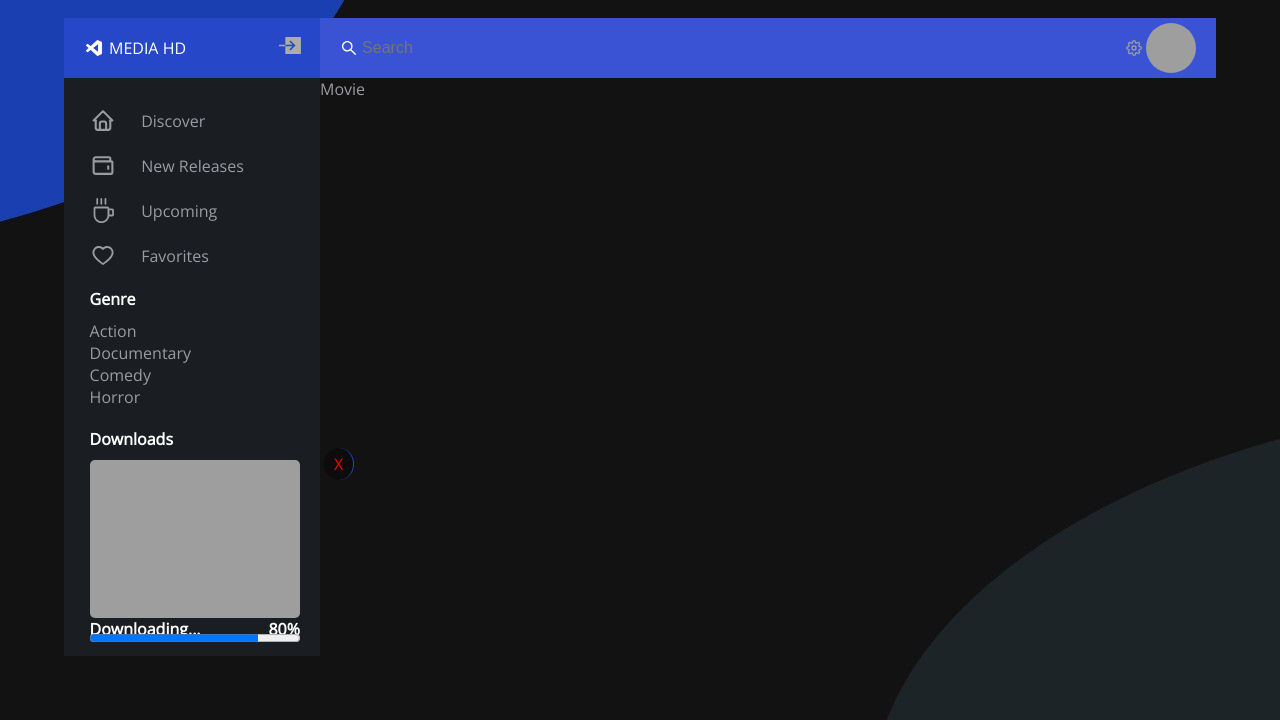
Repository: DevLaukey/movie-task
Page: /
The author's editor kept a copy of each file at every save. The page is drawn from the files as they stood at one save, then again after the next save.
The browser window is 1280 px wide. The pictures show the whole page.
Pictures or frames that could not be fetched are drawn as grey boxes. The page's requests for data from a server got no answer. The project was rebuilt for these pictures with package versions that can differ from the ones it lists, and the page was loaded fresh each time. No one was signed in, and anything a server would have sent is missing. Also part of the build but not shown: src/components/Body/Movies.css.

Above is the page before, as saved 2022-06-15 21:18:22.

### src/App.js
import "./App.css"
import Body from "./components/Body/Body";
import Sidebar from "./components/Sidebar/Sidebar";
import axios from "axios";
import { useEffect, useState } from "react";

function App() {
  const [movies, setMovies] = useState([]);
  const url = "https://api.themoviedb.org/3/";
  const api = axios.create({ baseURL: url });

  const movieDetails = api.get(`/discover/movie?api_key=${process.env.REACT_APP_MOVIEDB_API}`, {
    params: process.env.MOVIEDB_API,
  });

  useEffect(() => {
    movieDetails.then((res) => {
      console.log(res.data.results);
    });
  }, [movies])
  return (
    <main className="App">
      <div className="App__container">
        <Sidebar />
        <Body />
      </div>
    </main>
  );
}

export default App;

### src/index.css
*{
    padding: 0;
    margin: 0;
    box-sizing: border-box;

}
body{    background-color: #000;
}

### src/features/counter/counterSlice.js
import { createAsyncThunk, createSlice } from '@reduxjs/toolkit';
import { fetchCount } from './counterAPI';

const initialState = {
  value: 0,
  movies: 'idle',
};

// The function below is called a thunk and allows us to perform async logic. It
// can be dispatched like a regular action: `dispatch(incrementAsync(10))`. This
// will call the thunk with the `dispatch` function as the first argument. Async
// code can then be executed and other actions can be dispatched. Thunks are
// typically used to make async requests.
export const incrementAsync = createAsyncThunk(
  'counter/fetchCount',
  async (amount) => {
    const response = await fetchCount(amount);
    // The value we return becomes the `fulfilled` action payload
    return response.data;
  }
);

export const counterSlice = createSlice({
  name: 'counter',
  initialState,
  // The `reducers` field lets us define reducers and generate associated actions
  reducers: {
    increment: (state) => {
      // Redux Toolkit allows us to write "mutating" logic in reducers. It
      // doesn't actually mutate the state because it uses the Immer library,
      // which detects changes to a "draft state" and produces a brand new
      // immutable state based off those changes
      state.value += 1;
    },
    decrement: (state) => {
      state.value -= 1;
    },
    // Use the PayloadAction type to declare the contents of `action.payload`
    incrementByAmount: (state, action) => {
      state.value += action.payload;
    },
  },
  // The `extraReducers` field lets the slice handle actions defined elsewhere,
  // including actions generated by createAsyncThunk or in other slices.
  extraReducers: (builder) => {
    builder
      .addCase(incrementAsync.pending, (state) => {
        state.status = 'loading';
      })
      .addCase(incrementAsync.fulfilled, (state, action) => {
        state.status = 'idle';
        state.value += action.payload;
      });
  },
});

export const { increment, decrement, incrementByAmount } = counterSlice.actions;

// The function below is called a selector and allows us to select a value from
// the state. Selectors can also be defined inline where they're used instead of
// in the slice file. For example: `useSelector((state: RootState) => state.counter.value)`
export const selectCount = (state) => state.counter.value;

// We can also write thunks by hand, which may contain both sync and async logic.
// Here's an example of conditionally dispatching actions based on current state.
export const incrementIfOdd = (amount) => (dispatch, getState) => {
  const currentValue = selectCount(getState());
  if (currentValue % 2 === 1) {
    dispatch(incrementByAmount(amount));
  }
};

export default counterSlice.reducer;

### src/App.css
@import url('https://fonts.googleapis.com/css2?family=Open+Sans&display=swap');
.App{
    background-image: url(../public/back.jpg);
    width: 100vw;
    height: 100vh;
    background-size: cover;
    background-repeat: no-repeat;
    font-family: 'Open Sans', sans-serif;
    color: rgba(154,156,161,255);
}
.App__container{
    position: absolute;
    display: flex;
    justify-content: center;
    width: 100%;
}

### src/components/Body/Body.js
import React from "react";
import "./Body.css";
import Movies from "./Movies";
import Nav from "./Nav/Nav";
function Body() {
  return (
    <div className="body">
      <Nav />
      <Movies />
    </div>
  );
}

export default Body;

### src/components/Sidebar/Sidebar.js
import React from "react";
import "./Sidebar.css";
import { IoEnterSharp } from "react-icons/io5";
import { SiVisualstudiocode } from "react-icons/si";

import Links from "./Links";


function Sidebar() {
  return (
    <div className="sidebar">
      <div className="sidebar__top">
        <div className="sidebar__left">
          <SiVisualstudiocode className="sidebar__logo" />
          <p className="sidebar__text">MEDIA HD</p>
        </div>
        <div className="sidebar__right">
          <IoEnterSharp
            style={{ color: "#acacac", height: "25", width: "30" }}
          />
        </div>
      </div>
      <div className="sidebar__bottom">
        <Links />
        <section className="sidebar__genre">
          <p className="sidebar__genre-bold-text">Genre</p>
          <p className="sidebar__genre-text">Action</p>
          <p className="sidebar__genre-text">Documentary</p>
          <p className="sidebar__genre-text">Comedy</p>
          <p className="sidebar__genre-text">Horror</p>
        </section>
        <section className="sidebar__downloads">
          <p className="sidebar__genre-bold-text">Downloads</p>
          <img
            className="sidebar__download-img"
            src="https://image.tmdb.org/t/p/original/zGLHX92Gk96O1DJvLil7ObJTbaL.jpg"
            alt="download"
          />
          <div className="sidebar__downloads-circle">
            <p className="sidebar__downloads-cancel">X</p>
          </div>
          <div className="sidebar__downloads-text">
            <p className="sidebar__genre-bold-text">Downloading...</p>
            <p className="sidebar__genre-bold-text"> 80%</p>
          </div>

          <progress className="sidebar__downloads-progress" max="100" value="80"></progress>
        </section>
      </div>
    </div>
  );
}

export default Sidebar;

### src/components/Body/Body.css
.body{
    display: flex;
    flex-direction: column;
    top: -20px;
    width: 70%;
}

### src/components/Body/Movies.js
import React from 'react'
import Movie from './Movie'
import "./Movies.css"
function Movies() {
  return (
      <div>
          <Movie />
    </div>
  )
}

export default Movies

### src/components/Body/Nav/Nav.js
import React from 'react'
import "./Nav.css"
import { AiOutlineSearch} from "react-icons/ai";
import { FiSettings } from "react-icons/fi";

function Nav() {
  return (
    <div className="nav">
      <div className="nav__search">
        <AiOutlineSearch style={{ color: "white", fontSize: "20" }} />
        <input
          className="nav__search__input"
          type="text"
          placeholder="Search"
        />
      </div>
      <div className="nav__icons">
        <FiSettings />
        <img
          src={`https://dt2sdf0db8zob.cloudfront.net/wp-content/uploads/2019/12/9-Best-Online-Avatars-and-How-to-Make-Your-Own-for-Free-image1-5.png`}
          alt=""
          className="nav__avatar"
        />
      </div>
    </div>
  );
}

export default Nav

### src/components/Sidebar/Sidebar.css
.sidebar {
  display: flex;
  flex-direction: column;
  margin-top: 18px;
  width: 20%;
  align-items: center;
  background-color: rgba(26, 29, 34, 255);
}
.sidebar__top {
  display: flex;
  width: 100%;
  justify-content: space-between;
  align-items: center;
  padding: 15px;
  background-color: #2647c8;
}
.sidebar__left {
  color: #fff;
  display: flex;
  align-items: center;
}
.sidebar__logo {
  width: 30px;
}
.sidebar__bottom {
  width: 100%;
}

.sidebar__group {
  width: 100%;
  margin-top: 20px;
  display: flex;

  flex-direction: column;
}
.sidebar__option {
  display: flex;
  align-items: center;
  padding: 10px 20px 10px 0;
}
.sidebar__option > * {
  margin-left: 10%;
}
.sidebar__option:hover {
  background-color: #0c0c0c;
  color: rgba(25, 64, 181, 255);
  border-left: 1px solid #2647c8;
}
.sidebar__genre {
  display: flex;
  flex-direction: column;
  padding: 10px 20px 10px 0;
  margin-left: 10%;
}
.sidebar__genre-bold-text {
  font-weight: bold;
  color: #fff;
  font-size: 1em;
  margin-bottom: 10px;
}

.sidebar__downloads {
  display: flex;
  flex-direction: column;
  padding: 10px 20px 10px 0;
  margin-left: 10%;
}
.sidebar__downloads-circle {
  padding: 5px 10px 5px 10px;
  background-color: #0c0c0c;
  width: fit-content;
  align-items: center;
  border-radius: 50%;
  position: absolute;
  left: 45vh;
  border-right: #2647c8 1px solid;
  margin-top: 20px;
}
.sidebar__downloads-cancel {
  color: red;
}
.sidebar__download-img {
border-radius: 5px;
}

.sidebar__downloads-text{
  display: flex;
  width: 100%;
  justify-content: space-between;
}
.sidebar__downloads-progress{
  display: flex;
  width: 100%;
  justify-content: space-between;
  color: black;
  margin-top: -20px;
}

### src/components/Sidebar/Links.js
import React from 'react'
import { TbHome } from "react-icons/tb";
import { BiWallet } from "react-icons/bi";
import { AiOutlineHeart, AiOutlineCoffee } from "react-icons/ai";


function Links() {
  return (
    <nav className="sidebar__group">
      <div className="sidebar__option">
        <TbHome style={{ height: "25", width: "30" }} />
        <p className="sidebar__option-text">Discover</p>
      </div>
      <div className="sidebar__option">
        <BiWallet style={{ height: "25", width: "30" }} />
        <p className="sidebar__option-text">New Releases</p>
      </div>
      <div className="sidebar__option">
        <AiOutlineCoffee style={{ height: "25", width: "30" }} />
        <p className="sidebar__option-text">Upcoming</p>
      </div>
      <div className="sidebar__option">
        <AiOutlineHeart style={{ height: "25", width: "30" }} />

        <p className="sidebar__option-text">Favorites</p>
      </div>
    </nav>
  );
}

export default Links

### src/components/Body/Movie.js
import React from 'react'
import "./Movies.css"
function Movie() {
  return (
    <div>Movie</div>
  )
}

export default Movie

### src/components/Body/Nav/Nav.css
.nav {
  width: 100%;
  display: flex;
  justify-content: space-between;
  margin-top: 18px;
  align-items: center;
  padding: 5px 20px;
  background-color: #3a53d4;
}
.nav__search {
  display: flex;
  align-items: center;
}
.nav__search__input {
  width: 100%;
  border: none;
  background-color: #3a53d4;
  color: #fff;
  margin-left: 4px;
  font-size: 1em;
}

.nav__search__input:focus {
  outline: none;
}
.nav__icons{
    display: flex;
    align-items: center;
}
.nav__avatar{
    margin-left: 4px;
  vertical-align: middle;
  width: 50px;
  height: 50px;
  border-radius: 50%
}

Loaded but not shown: public/index.html (common file); src/index.js (common file); src/app/store.js (common file); src/reportWebVitals.js (common file); src/features/counter/counterAPI.js (common file)

After the next save:
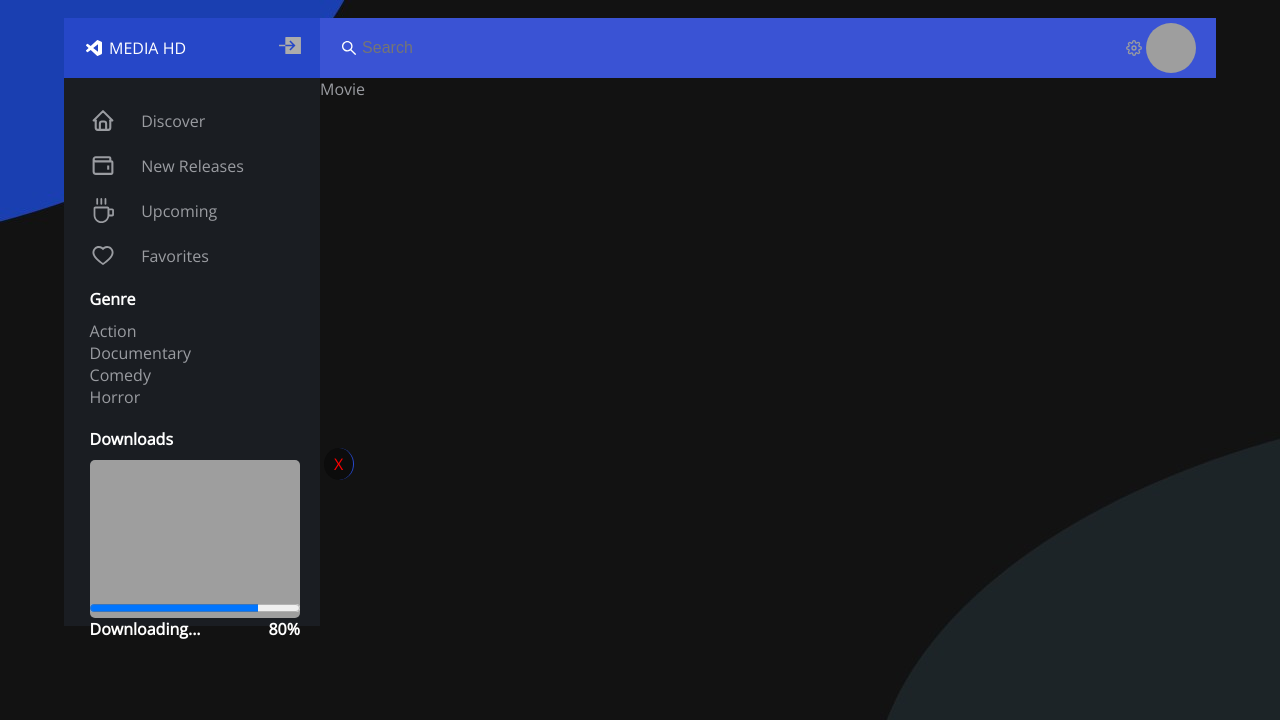
Saved 7 s later.
--- a/src/components/Sidebar/Sidebar.css
+++ b/src/components/Sidebar/Sidebar.css
@@ -93,5 +93,5 @@ border-radius: 5px;
   width: 100%;
   justify-content: space-between;
   color: black;
-  margin-top: -20px;
+  margin-top: -50px;
 }
